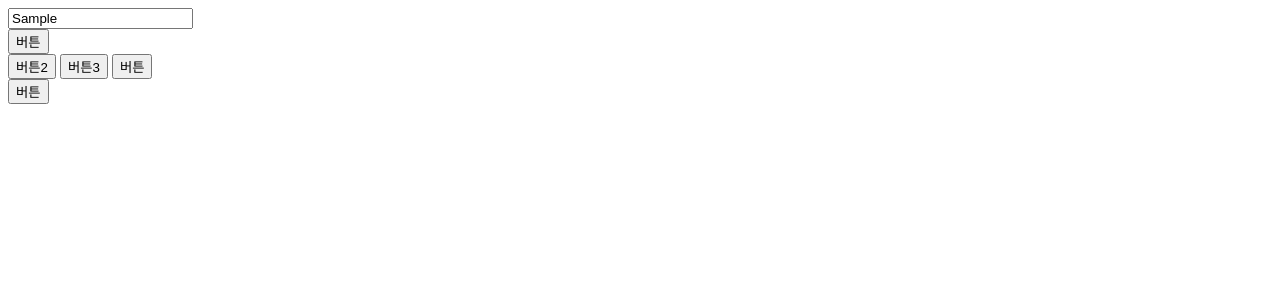
Repository: Pang-Ho/TIL
Page: JavaScript/workspace_web/jstest/WebContent/event1.html
An editor plug-in stored every save of this project. The page is shown before and after the next save, followed by the edit.
The browser window is 1280 px wide. The pictures show the whole page.
Empty fields were first filled with sample values (such as "Sample", 5 or name@example.com).
After loading, the first visible `#btn2` was clicked once.

Above is the page before, as saved 2021-08-24 08:41:25.

After the next save:
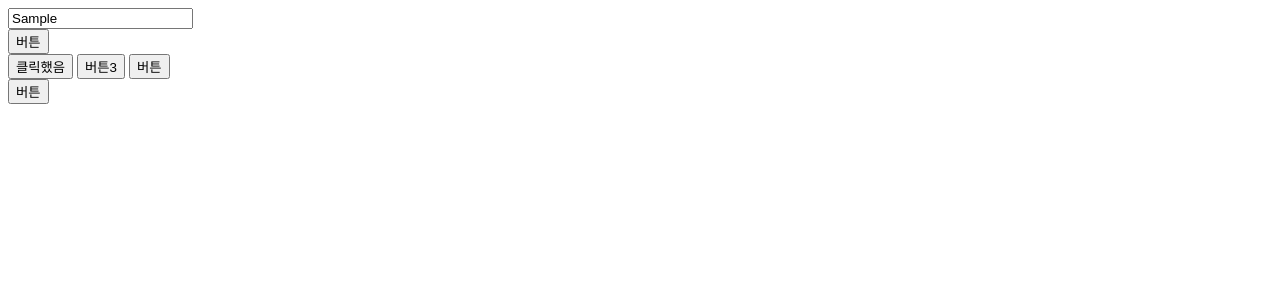
Saved 89 s later.
--- a/JavaScript/workspace_web/jstest/WebContent/event1.html
+++ b/JavaScript/workspace_web/jstest/WebContent/event1.html
@@ -11,7 +11,8 @@ function f1(){
 window.onload = function(){
 	var btn2 =document.getElementById("btn2");
 	btn2.onclick = function(){
-		alert("버튼2 이벤트 발생");
+		//alert("버튼2 이벤트 발생");
+		btn2.value = "클릭했음";
 	}
 }
 </script>
